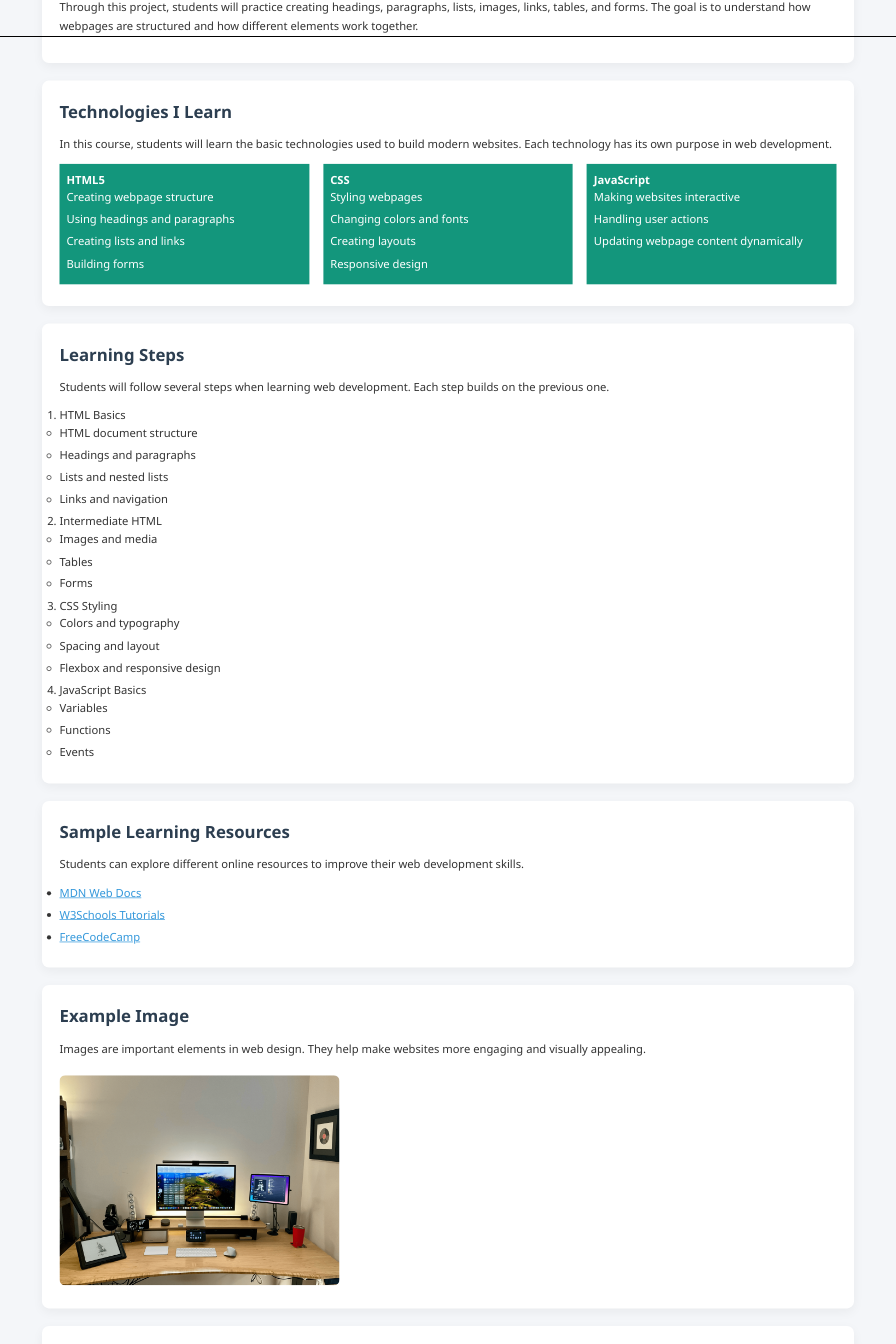
Repository: Than-sothearak/web_client_programing
Page: Week_03/index.html
The author's editor kept a copy of each file at every save. The page is drawn from the files as they stood at one save, then again after the next save.
The browser window is 1280 px wide. The pictures show the part of the page from y = 313 to 2233 px (the page is 2885 px tall before and 2921 px after), at 70% of full size.

Above is the page before, as saved 2026-03-24 21:20:20.

After the next save:
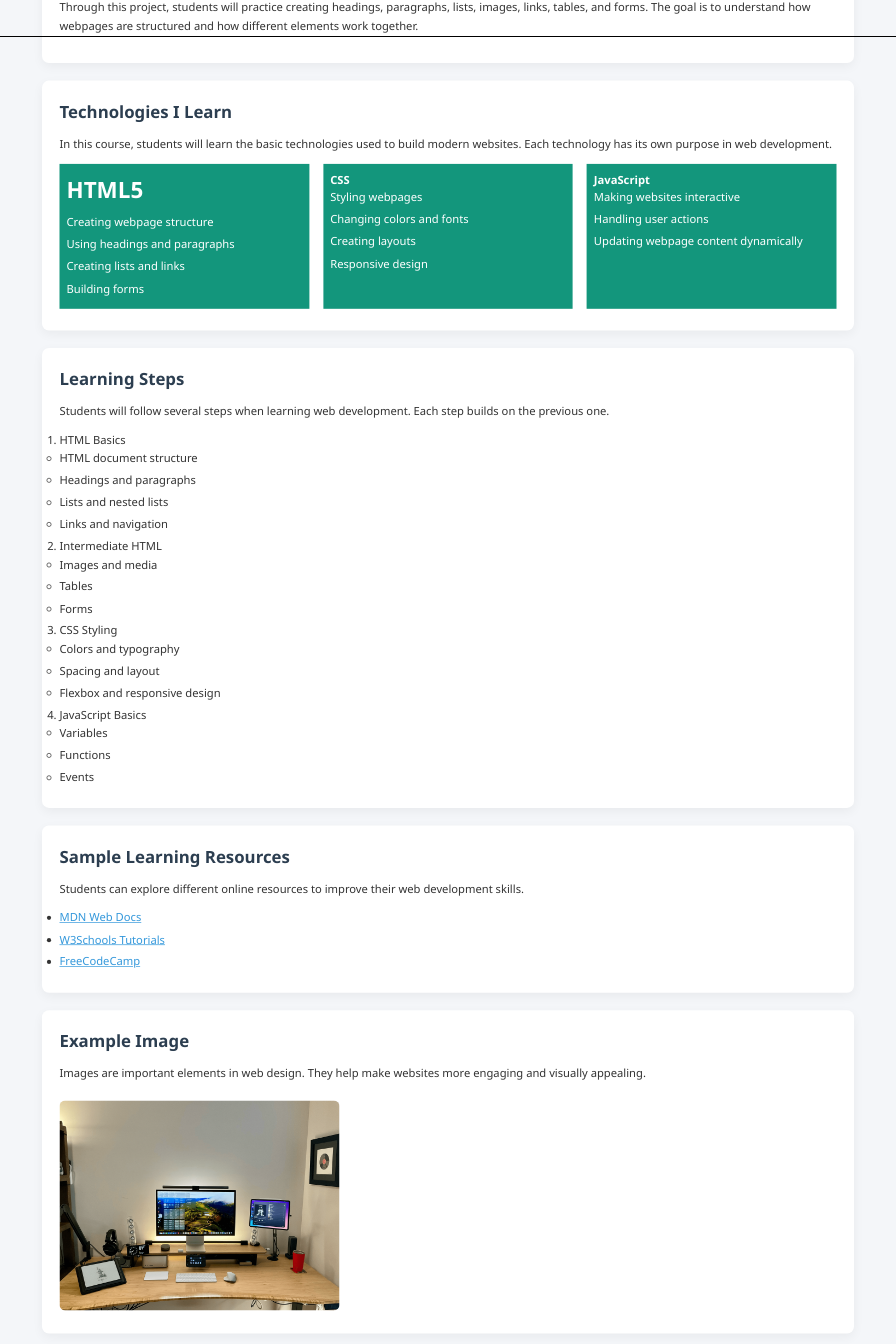
Saved 18 s later.
--- a/Week_03/index.html
+++ b/Week_03/index.html
@@ -52,7 +52,7 @@
 
         <ul class="card-container">
           <li class="card">
-            <strong>HTML5</strong>
+            <h1>HTML5</h1>
             <ul>
               <li>Creating webpage structure</li>
               <li>Using headings and paragraphs</li>
